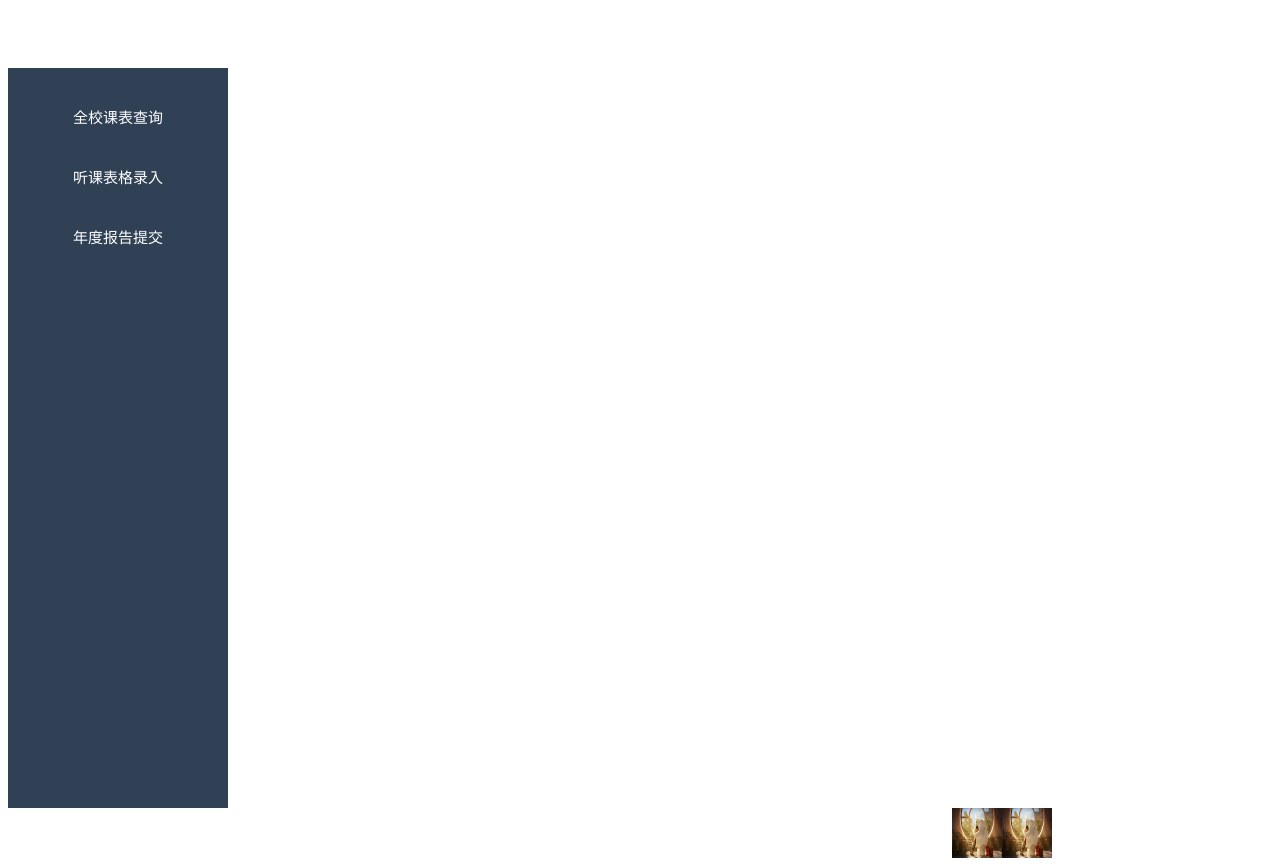
Repository: shandamengcheng/graduate-project
Page: /home
An editor plug-in stored every save of this project. The page is shown before and after the next save, followed by the edit.
The browser window is 1280 px wide. The pictures show the whole page.
The project was rebuilt for these pictures with package versions that can differ from the ones it lists, and the page was loaded fresh each time. Also part of the build but not shown: src/views/Login.vue.

Above is the page before, as saved 2021-03-10 23:57:19.

After the next save:
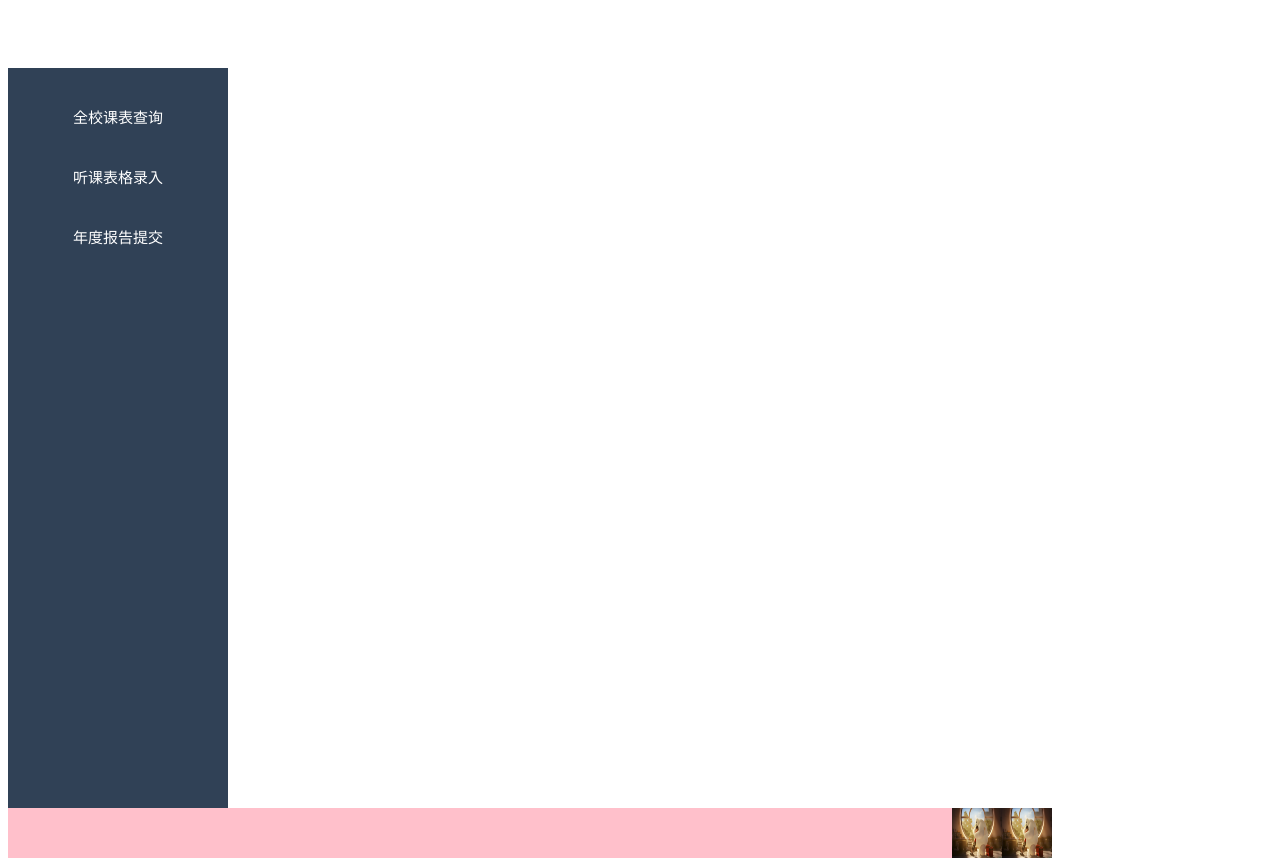
Saved 23 s later.
--- a/src/views/NavigationBar.vue
+++ b/src/views/NavigationBar.vue
@@ -15,6 +15,7 @@ export default {
 .navbar {
   width: 100%;
   height: 50px;
+  background: pink;
   display: flex;
   justify-content: flex-end;
 }
